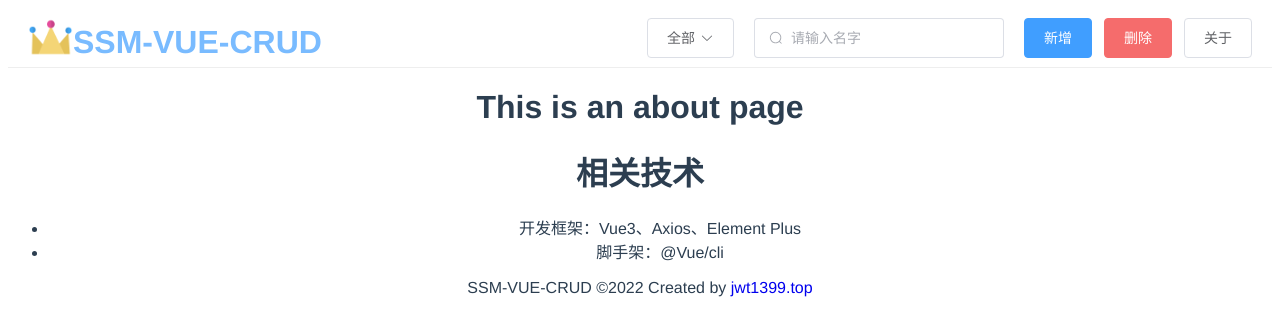
Repository: jwt1399/ssm-vue-crud
Page: /#/about (app in ssm-crud-front/)
These files come from the project's save history. The page is drawn as it stood at one moment and after the next save; the edit follows.
The browser window is 1280 px wide. The pictures show the whole page.
The project was rebuilt for these pictures with package versions that can differ from the ones it lists, and the page was loaded fresh each time. Also part of the build but not shown: ssm-crud-front/vue.config.js, ssm-crud-front/src/components/Form.vue, ssm-crud-front/src/views/CrudView.vue.

Above is the page before, as saved 2022-06-09 12:38:57.

### ssm-crud-front/public/index.html
<!DOCTYPE html>
<html lang="zh-Hans">
  <head>
    <meta charset="utf-8">
    <meta http-equiv="X-UA-Compatible" content="IE=edge">
    <meta name="viewport" content="width=device-width,initial-scale=1.0">
    <link rel="icon" href="<%= BASE_URL %>favicon.png">
    <title><%= htmlWebpackPlugin.options.title %></title>
  </head>
  <body>
    <noscript>
      <strong>We're sorry but <%= htmlWebpackPlugin.options.title %> doesn't work properly without JavaScript enabled. Please enable it to continue.</strong>
    </noscript>
    <div id="app"></div>
    <!-- built files will be auto injected -->
  </body>
</html>

### ssm-crud-front/src/main.js
import { createApp } from 'vue'
import App from './App.vue'
import router from './router'
import ElementPlus from 'element-plus'
import 'element-plus/dist/index.css'
import * as ElementPlusIconsVue from '@element-plus/icons-vue'

const app = createApp(App)

//配置全局icon
for (const [key, component] of Object.entries(ElementPlusIconsVue)) {
    app.component(key, component)
  }

app.use(router).use(ElementPlus).mount('#app')

### ssm-crud-front/src/App.vue
<template>
  <Header/>
  <router-view/>
  <Footer/>
</template>

<script>
import Header from '@/components/Header.vue'
import Footer from '@/components/Footer.vue'
export default {
    components: {
        Header,
        Footer,
    }
}
</script>

<style>
#app {
  font-family: Avenir, Helvetica, Arial, sans-serif;
  -webkit-font-smoothing: antialiased;
  -moz-osx-font-smoothing: grayscale;
  text-align: center;
  color: #2c3e50;
}
</style>

### ssm-crud-front/src/router/index.js
import { createRouter, createWebHashHistory } from 'vue-router'
import CrudView from '../views/CrudView.vue'
const routes = [
  {
    path: '/',
    name: 'home',
    component: CrudView
  },
  {
    path: '/about',
    name: 'about',
    // route level code-splitting
    // this generates a separate chunk (about.[hash].js) for this route
    // which is lazy-loaded when the route is visited.
    component: () => import(/* webpackChunkName: "about" */ '../views/AboutView.vue')
  }
]

const router = createRouter({
  history: createWebHashHistory(),
  routes
})

export default router

### ssm-crud-front/src/components/Header.vue
<template>
 <el-header class="header">
    <div class="nav">
        <a href="/" class="nav-link">
            <img src="../assets/favicon.png" alt="logo" class="nav-logo">
            <h1 class="nav-title ">SSM-VUE-CRUD</h1>
        </a>
    </div>
    <div class="nav-item">
        <el-dropdown>
            <el-button size="large">
                全部
                <el-icon class="el-icon--right">
                    <arrow-down />
                </el-icon>
            </el-button>
            <template #dropdown>
                <el-dropdown-menu>
                    <el-dropdown-item>Action 1</el-dropdown-item>
                    <el-dropdown-item>Action 2</el-dropdown-item>
                </el-dropdown-menu>
            </template>
        </el-dropdown>

        <div class="nav-search">
            <el-input
            placeholder="请输入名字"
            v-model="search"
            size="large"
            @change="searchChange"
            clearable >
                <template #prefix>
                    <el-icon class="el-input__icon"><search /></el-icon>
                </template>
            </el-input>

        </div>
        <el-button type="primary" size="large" @click="addEmployee()">新增</el-button>
        <el-button type="danger" size="large" @click="batchDeleteEmployee()">删除</el-button>
        <!-- <router-link to='/about'> -->
        <el-button type="default" size="large" @click="skipAbout()">关于</el-button>
        <!-- </router-link> -->
    </div>
</el-header>
</template>

<script>
import { useRouter } from 'vue-router'

export default {
    name: 'Header',
    setup() {
        const router = useRouter()
        const skipAbout = ()=>{
        // window.location.href='#/about';
        // router.push({path:'about'})
        router.push({ name: 'about'})
        }
        return {
            skipAbout,
        }
    },

}


</script>



<style scoped>
.nav-logo {
	height: 45px;
	width: 45px;
	vertical-align: middle;
	display: inline-block;
}

.nav-title {
	font-size: 2rem;
	display: inline-block;
	vertical-align: middle;
	color: #79bbff;
	padding-top: 10px;
}

.nav-item {
	display: flex;
	align-items: center;
}

.nav-search {
	width: 250px;
	margin: 0 20px;
}

.header {
	display: flex;
	align-items: center;
	justify-content: space-between;
	width: 100%;
	border-bottom: 1px solid #eee;
	min-width: 800px;
}



</style>

### ssm-crud-front/src/components/Footer.vue
<template>
<el-footer class="footer" style="text-align:center">
    SSM-VUE-CRUD ©2022 Created by
    <a href="https://jwt1399.top" style="text-decoration: none;">
    jwt1399.top
    </a>
 </el-footer>
</template>


<script>
export default{
    name:'Footer',
}
</script>

### ssm-crud-front/src/views/AboutView.vue
<template>
  <div class="about">
    <h1>This is an about page</h1>
    <h1>相关技术</h1>
    <ul>
      <li>开发框架：Vue3、Axios、Element Plus</li>
      <li>脚手架：@Vue/cli</li>
    </ul>
  </div>
</template>

After the next save:
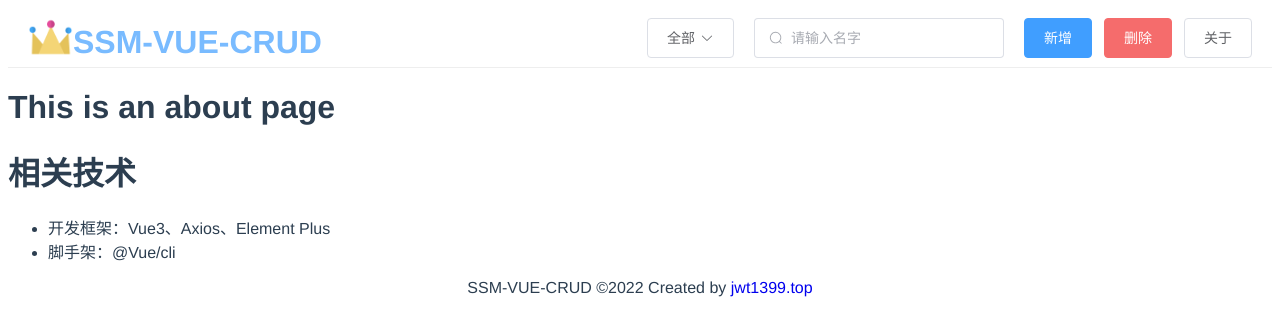
Saved 22 s later.
--- a/ssm-crud-front/src/App.vue
+++ b/ssm-crud-front/src/App.vue
@@ -20,7 +20,7 @@
   font-family: Avenir, Helvetica, Arial, sans-serif;
   -webkit-font-smoothing: antialiased;
   -moz-osx-font-smoothing: grayscale;
-  text-align: center;
+  /* text-align: center; */
   color: #2c3e50;
 }
 </style>

After the save that followed:
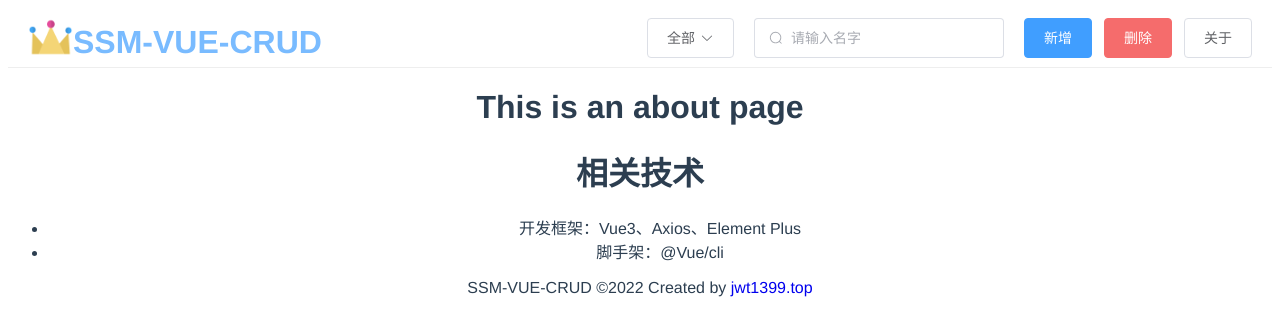
Saved 37 s later.
--- a/ssm-crud-front/src/App.vue
+++ b/ssm-crud-front/src/App.vue
@@ -20,7 +20,7 @@
   font-family: Avenir, Helvetica, Arial, sans-serif;
   -webkit-font-smoothing: antialiased;
   -moz-osx-font-smoothing: grayscale;
-  /* text-align: center; */
+  text-align: center;
   color: #2c3e50;
 }
 </style>
